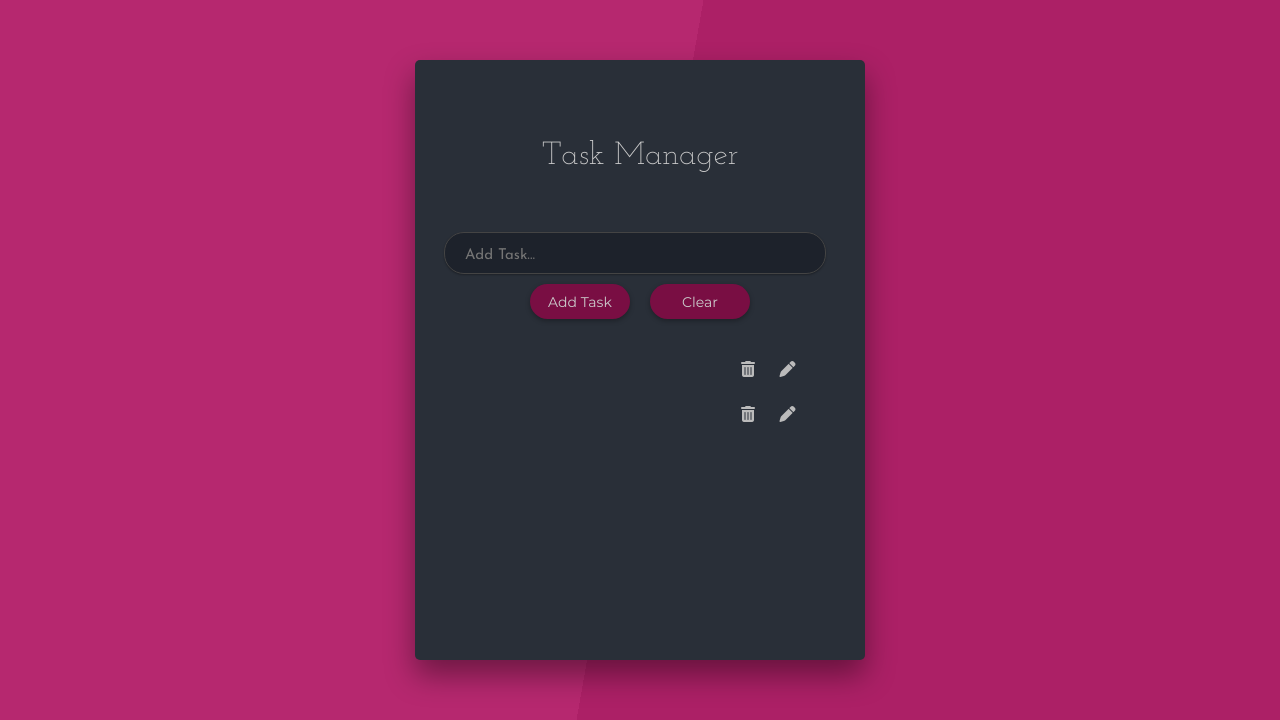
Repository: Kol124/react-task-manager
Page: /
The author's editor kept a copy of each file at every save. The page is drawn from the files as they stood at one save, then again after the next save.
The browser window is 1280 px wide. The pictures show the whole page.
Some web libraries are served in a nearby version. The project was rebuilt for these pictures with package versions that can differ from the ones it lists, and the page was loaded fresh each time.

Above is the page before, as saved 2021-06-21 18:25:30.

### public/index.html
<!DOCTYPE html>
<html lang="en">
  <head>
    <meta charset="utf-8" />
    <link rel="icon" href="%PUBLIC_URL%/favicon.ico" />
    <meta name="viewport" content="width=device-width, initial-scale=1" />
    <meta name="theme-color" content="#000000" />
    <meta
      name="description"
      content="Web site created using create-react-app"
    />
    <link rel="apple-touch-icon" href="%PUBLIC_URL%/logo192.png" />
    <!--
      manifest.json provides metadata used when your web app is installed on a
      user's mobile device or desktop. See https://developers.google.com/web/fundamentals/web-app-manifest/
    -->
    <link rel="manifest" href="%PUBLIC_URL%/manifest.json" />
    <!--
      Notice the use of %PUBLIC_URL% in the tags above.
      It will be replaced with the URL of the `public` folder during the build.
      Only files inside the `public` folder can be referenced from the HTML.

      Unlike "/favicon.ico" or "favicon.ico", "%PUBLIC_URL%/favicon.ico" will
      work correctly both with client-side routing and a non-root public URL.
      Learn how to configure a non-root public URL by running `npm run build`.
    -->
    <title>React App</title>
  </head>
  <body>
    <noscript>You need to enable JavaScript to run this app.</noscript>
    <div id="root"></div>
    <!--
      This HTML file is a template.
      If you open it directly in the browser, you will see an empty page.

      You can add webfonts, meta tags, or analytics to this file.
      The build step will place the bundled scripts into the <body> tag.

      To begin the development, run `npm start` or `yarn start`.
      To create a production bundle, use `npm run build` or `yarn build`.
    -->
  </body>
  <script
    src="https://kit.fontawesome.com/0a37ebcd2b.js"
    crossorigin="anonymous"
  ></script>
</html>

### src/App.js
import "./App.css";
import React from "react";
import Header from "./components/Header";
import TaskForm from "./components/TaskForm";
import TaskList from "./components/TaskList";
import TaskContextProvider from "./context/TaskContext";

function App() {
  return (
    <TaskContextProvider>
      <div className="container">
        <div className="app-wrapper">
          <Header />
          <div className="main">
            <TaskForm />
            <TaskList />
          </div>
        </div>
      </div>
    </TaskContextProvider>
  );
}

export default App;

### src/App.css
@import url("fonts.css");

* {
  margin: 0;
  padding: 0;
}

.container {
  background: linear-gradient(100deg, rgb(182, 40, 111) 50%, #ac2066 0);
  width: 100%;
  height: 100vh;
  display: flex;
  justify-content: center;
  align-items: center;
}

.app-wrapper {
  background-color: #292f38;
  width: 25%;
  min-width: 450px;
  height: 600px;
  padding: 30px;
  box-sizing: border-box;
  border-radius: 5px;
  box-shadow: 0 15px 30px rgba(0, 0, 0, 0.4);
}

.header h1 {
  color: #ccc;
  font-weight: 300;
  text-align: center;
  margin: 50px 20px 60px 20px;
  font-family: "Josefin Slab", serif;
}

.main {
  display: flex;
  flex-direction: column;
  align-items: space-between;
  margin-bottom: 50px;
  width: 100%;
}

.form {
  display: flex;
  flex-direction: column;
  justify-content: center;
  align-items: center;
  margin-bottom: 10px;
}

.list {
  width: 90%;
  margin: auto;
  max-height: 300px;
  overflow: hidden;
  overflow-y: auto;
}

/* width */
::-webkit-scrollbar {
  width: 10px;
}

/* Track */
::-webkit-scrollbar-track {
  border-radius: 10px;
  background-color: #aaa;
}

/* Handle */
::-webkit-scrollbar-thumb {
  background: #444;
  border-radius: 10px;
}

.task-input {
  width: 350px;
  min-width: 250px;
  padding: 15px 10px 10px 20px;
  margin-right: 10px;
  font-family: "Josefin Sans", serif;
  font-size: 15px;
  color: #ccc;
  background-color: #1d222b;
  border: 1px solid #444;
  outline: none;
  border-radius: 20px;
  box-shadow: 0 1px 2px rgba(0, 0, 0, 0.3);
}

.buttons {
  display: flex;
}

.btn {
  margin: 10px;
}

.add-task-btn {
  min-width: 100px;
  background-color: #790e43;
  color: #ccc;
  border: none;
  font-family: "Montserrat", sans-serif;
  font-size: 14px;
  border-radius: 20px;
  box-shadow: 0 2px 5px rgba(0, 0, 0, 0.3);
  outline: none;
  cursor: pointer;
}

.list-item {
  display: flex;
  justify-content: space-between;
  margin: 20px 0;
  padding-bottom: 5px;
}

.list-item span {
  color: #999;
}

.task-btn {
  cursor: pointer;
  background-color: transparent;
  border: none;
  outline: none;
}

.btn-delete i {
  font-size: 16px;
  color: #bbb;
  margin-right: 20px;
}

.btn-edit i {
  font-size: 16px;
  color: #bbb;
  margin-right: 20px;
}

.clear-btn {
  width: 100px;
  height: 35px;
  background-color: #790e43;
  color: #ccc;
  border: none;
  font-family: "Montserrat", sans-serif;
  font-size: 14px;
  border-radius: 20px;
  box-shadow: 0 2px 5px rgba(0, 0, 0, 0.3);
  outline: none;
  cursor: pointer;
}

.no-tasks {
  color: #777;
  text-align: center;
  font-family: "Montserrat", sans-serif;
  margin-top: 20px;
  font-size: 18px;
}

### src/components/Header.js
import React from "react";

const Header = () => {
  return (
    <div className="header">
      <h1>Task Manager</h1>
    </div>
  );
};

export default Header;

### src/components/TaskForm.js
import React, { useState, useContext } from "react";
import { TaskContext } from "../context/TaskContext";

export default function TaskForm() {
  const { dispatch } = useContext(TaskContext);
  const [title, setTitle] = useState("");

  const handleSubmit = (e) => {
    e.preventDefault();
    dispatch({
      type: "ADD_TASK",
      task: {
        title,
      },
    });

    setTitle("");
  };

  const clearTasks = () => {
    dispatch({ type: "CLEAR_TASK" });
  };

  return (
    <form onSubmit={handleSubmit} className="form">
      <input
        type="text"
        placeholder="Add Task..."
        value={title}
        onChange={(e) => setTitle(e.target.value)}
        required
        className="task-input"
      />
      <div className="buttons">
        <button type="submit" className="btn add-task-btn">
          Add Task
        </button>
        <button className="btn clear-btn" onClick={clearTasks}>
          Clear
        </button>
      </div>
    </form>
  );
}

### src/components/TaskList.js
import React, { useContext } from "react";
import { TaskContext } from "../context/TaskContext";
import Task from "./Task";

export default function TaskList() {
  const { tasks } = useContext(TaskContext);

  return (
    <div>
      {tasks.length ? (
        <ul className="list">
          {tasks.map((task) => {
            return <Task task={task} key={task.id} />;
          })}
        </ul>
      ) : (
        <div className="no-tasks">No Tasks</div>
      )}
    </div>
  );
}

### src/context/TaskContext.js
import React, { createContext, useReducer, useEffect } from "react";
import TaskReducer from "../reducer/TaskReducer";

export const TaskContext = createContext();

export default function TaskContextProvider(props) {
  const [tasks, dispatch] = useReducer(TaskReducer, [
    { title: "Take out the Trash", id: 1 },
    { title: "Clean the Room", id: 2 },
  ]);

  useEffect(() => {
    console.log(tasks);
  });

  return (
    <TaskContext.Provider value={{ tasks, dispatch }}>
      {props.children}
    </TaskContext.Provider>
  );
}

### src/fonts.css
/* josefin-sans-300 - latin */
@font-face {
  font-family: "Josefin Sans";
  font-style: normal;
  font-weight: 300;
  src: url("./fonts/josefin-sans-v17-latin-300.eot"); /* IE9 Compat Modes */
  src: local(""),
    url("./fonts/josefin-sans-v17-latin-300.eot?#iefix")
      format("embedded-opentype"),
    /* IE6-IE8 */ url("./fonts/josefin-sans-v17-latin-300.woff2")
      format("woff2"),
    /* Super Modern Browsers */ url("./fonts/josefin-sans-v17-latin-300.woff")
      format("woff"),
    /* Modern Browsers */ url("./fonts/josefin-sans-v17-latin-300.ttf")
      format("truetype"),
    /* Safari, Android, iOS */
      url("./fonts/josefin-sans-v17-latin-300.svg#JosefinSans") format("svg"); /* Legacy iOS */
}
/* josefin-sans-regular - latin */
@font-face {
  font-family: "Josefin Sans";
  font-style: normal;
  font-weight: 400;
  src: url("./fonts/josefin-sans-v17-latin-regular.eot"); /* IE9 Compat Modes */
  src: local(""),
    url("./fonts/josefin-sans-v17-latin-regular.eot?#iefix")
      format("embedded-opentype"),
    /* IE6-IE8 */ url("./fonts/josefin-sans-v17-latin-regular.woff2")
      format("woff2"),
    /* Super Modern Browsers */
      url("./fonts/josefin-sans-v17-latin-regular.woff") format("woff"),
    /* Modern Browsers */ url("./fonts/josefin-sans-v17-latin-regular.ttf")
      format("truetype"),
    /* Safari, Android, iOS */
      url("./fonts/josefin-sans-v17-latin-regular.svg#JosefinSans")
      format("svg"); /* Legacy iOS */
}
/* josefin-sans-600 - latin */
@font-face {
  font-family: "Josefin Sans";
  font-style: normal;
  font-weight: 600;
  src: url("./fonts/josefin-sans-v17-latin-600.eot"); /* IE9 Compat Modes */
  src: local(""),
    url("./fonts/josefin-sans-v17-latin-600.eot?#iefix")
      format("embedded-opentype"),
    /* IE6-IE8 */ url("./fonts/josefin-sans-v17-latin-600.woff2")
      format("woff2"),
    /* Super Modern Browsers */ url("./fonts/josefin-sans-v17-latin-600.woff")
      format("woff"),
    /* Modern Browsers */ url("./fonts/josefin-sans-v17-latin-600.ttf")
      format("truetype"),
    /* Safari, Android, iOS */
      url("./fonts/josefin-sans-v17-latin-600.svg#JosefinSans") format("svg"); /* Legacy iOS */
}
/* josefin-sans-700 - latin */
@font-face {
  font-family: "Josefin Sans";
  font-style: normal;
  font-weight: 700;
  src: url("./fonts/josefin-sans-v17-latin-700.eot"); /* IE9 Compat Modes */
  src: local(""),
    url("./fonts/josefin-sans-v17-latin-700.eot?#iefix")
      format("embedded-opentype"),
    /* IE6-IE8 */ url("./fonts/josefin-sans-v17-latin-700.woff2")
      format("woff2"),
    /* Super Modern Browsers */ url("./fonts/josefin-sans-v17-latin-700.woff")
      format("woff"),
    /* Modern Browsers */ url("./fonts/josefin-sans-v17-latin-700.ttf")
      format("truetype"),
    /* Safari, Android, iOS */
      url("./fonts/josefin-sans-v17-latin-700.svg#JosefinSans") format("svg"); /* Legacy iOS */
}

/* josefin-slab-300 - latin */
@font-face {
  font-family: "Josefin Slab";
  font-style: normal;
  font-weight: 300;
  src: url("./fonts/josefin-slab-v13-latin-300.eot"); /* IE9 Compat Modes */
  src: local(""),
    url("./fonts/josefin-slab-v13-latin-300.eot?#iefix")
      format("embedded-opentype"),
    /* IE6-IE8 */ url("./fonts/josefin-slab-v13-latin-300.woff2")
      format("woff2"),
    /* Super Modern Browsers */ url("./fonts/josefin-slab-v13-latin-300.woff")
      format("woff"),
    /* Modern Browsers */ url("./fonts/josefin-slab-v13-latin-300.ttf")
      format("truetype"),
    /* Safari, Android, iOS */
      url("./fonts/josefin-slab-v13-latin-300.svg#JosefinSlab") format("svg"); /* Legacy iOS */
}
/* josefin-slab-regular - latin */
@font-face {
  font-family: "Josefin Slab";
  font-style: normal;
  font-weight: 400;
  src: url("./fonts/josefin-slab-v13-latin-regular.eot"); /* IE9 Compat Modes */
  src: local(""),
    url("./fonts/josefin-slab-v13-latin-regular.eot?#iefix")
      format("embedded-opentype"),
    /* IE6-IE8 */ url("./fonts/josefin-slab-v13-latin-regular.woff2")
      format("woff2"),
    /* Super Modern Browsers */
      url("./fonts/josefin-slab-v13-latin-regular.woff") format("woff"),
    /* Modern Browsers */ url("./fonts/josefin-slab-v13-latin-regular.ttf")
      format("truetype"),
    /* Safari, Android, iOS */
      url("./fonts/josefin-slab-v13-latin-regular.svg#JosefinSlab")
      format("svg"); /* Legacy iOS */
}
/* josefin-slab-600 - latin */
@font-face {
  font-family: "Josefin Slab";
  font-style: normal;
  font-weight: 600;
  src: url("./fonts/josefin-slab-v13-latin-600.eot"); /* IE9 Compat Modes */
  src: local(""),
    url("./fonts/josefin-slab-v13-latin-600.eot?#iefix")
      format("embedded-opentype"),
    /* IE6-IE8 */ url("./fonts/josefin-slab-v13-latin-600.woff2")
      format("woff2"),
    /* Super Modern Browsers */ url("./fonts/josefin-slab-v13-latin-600.woff")
      format("woff"),
    /* Modern Browsers */ url("./fonts/josefin-slab-v13-latin-600.ttf")
      format("truetype"),
    /* Safari, Android, iOS */
      url("./fonts/josefin-slab-v13-latin-600.svg#JosefinSlab") format("svg"); /* Legacy iOS */
}
/* josefin-slab-700 - latin */
@font-face {
  font-family: "Josefin Slab";
  font-style: normal;
  font-weight: 700;
  src: url("./fonts/josefin-slab-v13-latin-700.eot"); /* IE9 Compat Modes */
  src: local(""),
    url("./fonts/josefin-slab-v13-latin-700.eot?#iefix")
      format("embedded-opentype"),
    /* IE6-IE8 */ url("./fonts/josefin-slab-v13-latin-700.woff2")
      format("woff2"),
    /* Super Modern Browsers */ url("./fonts/josefin-slab-v13-latin-700.woff")
      format("woff"),
    /* Modern Browsers */ url("./fonts/josefin-slab-v13-latin-700.ttf")
      format("truetype"),
    /* Safari, Android, iOS */
      url("./fonts/josefin-slab-v13-latin-700.svg#JosefinSlab") format("svg"); /* Legacy iOS */
}

/* montserrat-300 - latin */
@font-face {
  font-family: "Montserrat";
  font-style: normal;
  font-weight: 300;
  src: url("./fonts/montserrat-v15-latin-300.eot"); /* IE9 Compat Modes */
  src: local(""),
    url("./fonts/montserrat-v15-latin-300.eot?#iefix")
      format("embedded-opentype"),
    /* IE6-IE8 */ url("./fonts/montserrat-v15-latin-300.woff2") format("woff2"),
    /* Super Modern Browsers */ url("./fonts/montserrat-v15-latin-300.woff")
      format("woff"),
    /* Modern Browsers */ url("./fonts/montserrat-v15-latin-300.ttf")
      format("truetype"),
    /* Safari, Android, iOS */
      url("./fonts/montserrat-v15-latin-300.svg#Montserrat") format("svg"); /* Legacy iOS */
}
/* montserrat-regular - latin */
@font-face {
  font-family: "Montserrat";
  font-style: normal;
  font-weight: 400;
  src: url("./fonts/montserrat-v15-latin-regular.eot"); /* IE9 Compat Modes */
  src: local(""),
    url("./fonts/montserrat-v15-latin-regular.eot?#iefix")
      format("embedded-opentype"),
    /* IE6-IE8 */ url("./fonts/montserrat-v15-latin-regular.woff2")
      format("woff2"),
    /* Super Modern Browsers */ url("./fonts/montserrat-v15-latin-regular.woff")
      format("woff"),
    /* Modern Browsers */ url("./fonts/montserrat-v15-latin-regular.ttf")
      format("truetype"),
    /* Safari, Android, iOS */
      url("./fonts/montserrat-v15-latin-regular.svg#Montserrat") format("svg"); /* Legacy iOS */
}
/* montserrat-500 - latin */
@font-face {
  font-family: "Montserrat";
  font-style: normal;
  font-weight: 500;
  src: url("./fonts/montserrat-v15-latin-500.eot"); /* IE9 Compat Modes */
  src: local(""),
    url("./fonts/montserrat-v15-latin-500.eot?#iefix")
      format("embedded-opentype"),
    /* IE6-IE8 */ url("./fonts/montserrat-v15-latin-500.woff2") format("woff2"),
    /* Super Modern Browsers */ url("./fonts/montserrat-v15-latin-500.woff")
      format("woff"),
    /* Modern Browsers */ url("./fonts/montserrat-v15-latin-500.ttf")
      format("truetype"),
    /* Safari, Android, iOS */
      url("./fonts/montserrat-v15-latin-500.svg#Montserrat") format("svg"); /* Legacy iOS */
}

### src/components/Task.js
import React, { useContext } from "react";
import { TaskContext } from "../context/TaskContext";

export default function Task(task) {
  const { dispatch } = useContext(TaskContext);

  return (
    <li className="list-item">
      <span>{task.title}</span>
      <div>
        <button
          className="btn-delete task-btn"
          onClick={() =>
            dispatch({ type: "REMOVE_TASK", task: { id: task.id } })
          }
        >
          <i className="fas fa-trash-alt"></i>
        </button>{" "}
        <button
          className="btn-edit task-btn"
          onClick={() => dispatch({ type: "EDIT_TASK", task: { id: task.id } })}
        >
          <i className="fas fa-pen"></i>
        </button>
      </div>
    </li>
  );
}

### src/reducer/TaskReducer.js
export default function TaskReducer(state, action) {
  switch (action.type) {
    case "ADD_TASK":
      return [
        ...state,
        {
          title: action.task.title,
          id: Math.random().toString(),
        },
      ];

    case "REMOVE_TASK":
      return state.filter((task) => task.id !== action.task.id);

    // case "EDIT_TASK":
    //   return state.filter((task) => task.id !== action.task.id);

    case "CLEAR_TASK":
      return (state.length = 0);

    default:
      return state;
  }
}

Loaded but not shown: src/index.js (common file); src/index.css (common file); src/reportWebVitals.js (common file)

After the next save:
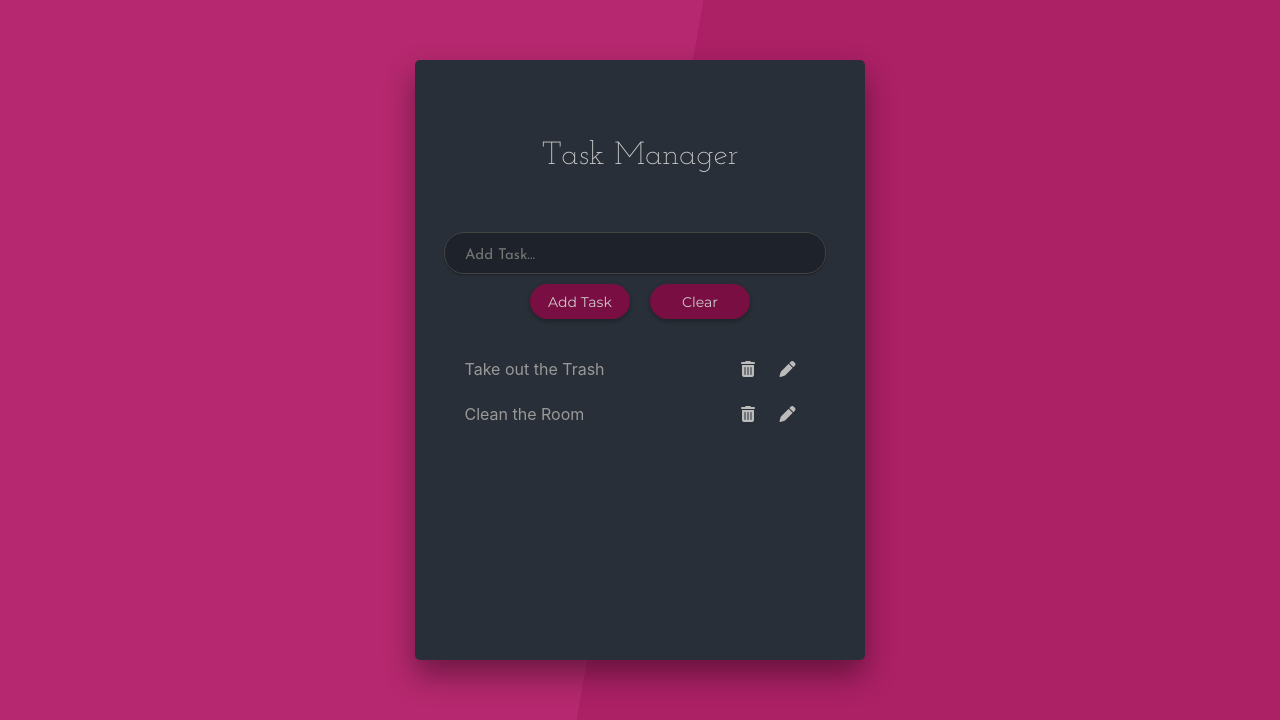
Saved 4 min 5 s later.
--- a/src/components/Task.js
+++ b/src/components/Task.js
@@ -1,7 +1,7 @@
 import React, { useContext } from "react";
 import { TaskContext } from "../context/TaskContext";
 
-export default function Task(task) {
+export default function Task({ task }) {
   const { dispatch } = useContext(TaskContext);
 
   return (
